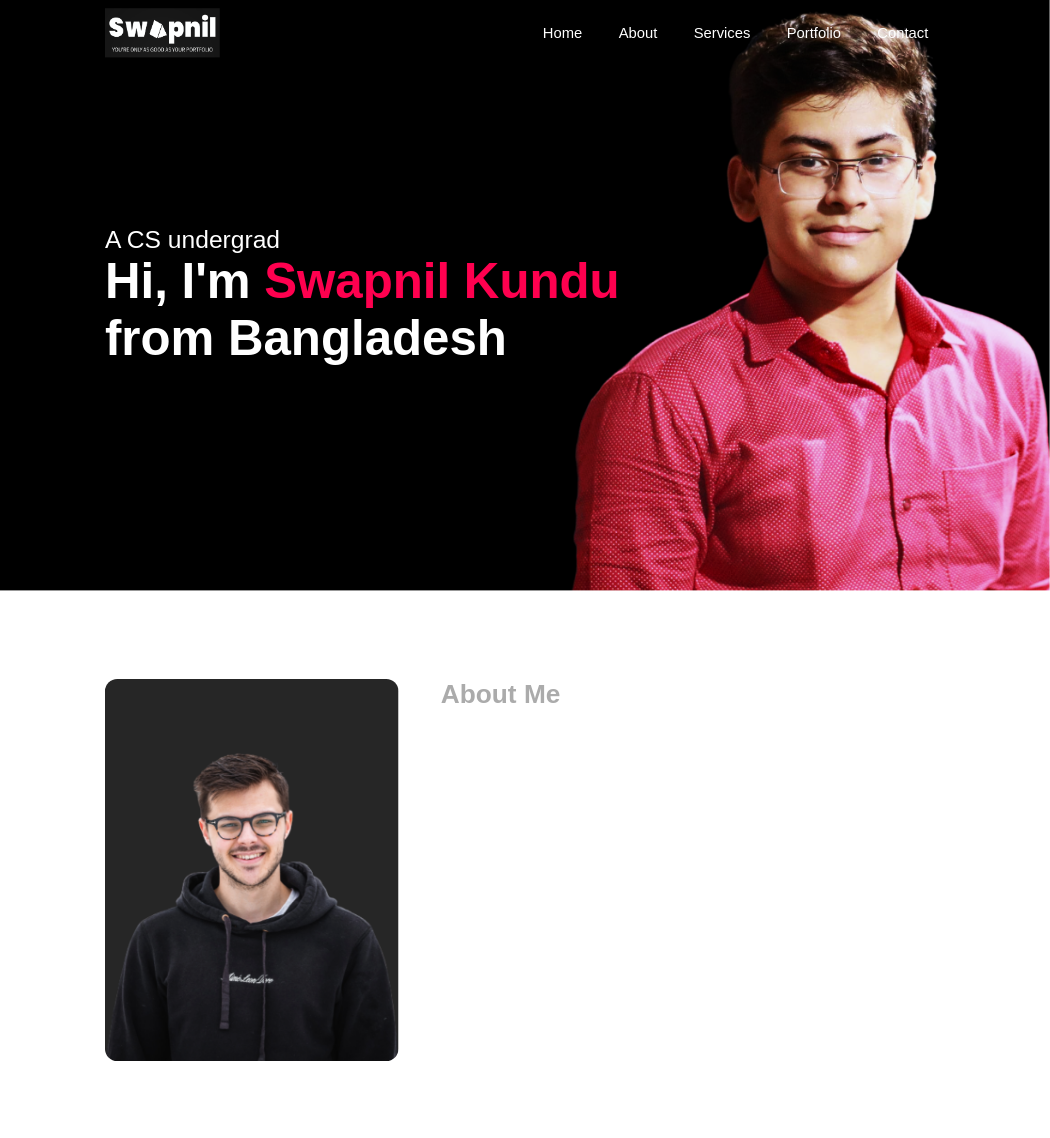
Repository: SwapnilKundu/portfolio
Page: index.html
An editor plug-in stored every save of this project. The page is shown before and after the next save, followed by the edit.
The browser window is 1280 px wide. The pictures show the whole page, at 82% of full size.

Above is the page before, as saved 2024-01-19 10:25:37.

### index.html
<!DOCTYPE html>
<html lang="en">
<head>
    <meta charset="UTF-8">
    <meta name="viewport" content="width=device-width, initial-scale=1.0">
    <title>Personal Portfolio Website</title>
    <link rel="stylesheet" href="style.css">
</head>
<body>
  <div id="header">
    <div class="container">
        <nav>
            <img src="images/logo1.png" class= "logo" width="40" height="60">
            <ul>
                <li><a href ="#">Home</a></li>
                <li><a href ="#">About</a></li>
                <li><a href ="#">Services</a></li>
                <li><a href ="#">Portfolio</a></li>
                <li><a href ="#">Contact</a></li>
            </ul>
        </nav>
        <div class="header-text">

            <p>A CS undergrad </p>
            <h1>Hi, I'm <span>Swapnil Kundu</span> <br> from Bangladesh</h1>
        </div>
    </div>
  </div>
  -----about-------
  <div id ="about">
    <div class ="container">

        <div class ="row">
            <div class ="about-col-1">
                <img src="images/user.png">
            </div>
            <div class ="about-col-2">

                <h1>
                    About Me
                </h1>
            </div>

        </div>
    </div>
  </div>
</body>
</html>

### style.css
*
{
    margin: 0;
    padding: 0;
    font-family: 'Poppins',sans-serif;
    box-sizing: border-box;
}

body
{
    background: #ffff;
    color: #fff;
}
#header
{
    width: 100%;
    height: 100vh;
    background-image: url(images/ccc2.png);
    background-size: cover;
    background-position: left;
    background-repeat: no-repeat;
    overflow: hidden;
}
.container
{
padding: 10px 10%;
}
nav{
    display: flex;
    align-items: center;
    justify-content: space-between;
    flex-wrap: wrap;
}
.logo{
    width: 140px;
}

nav ul li{
    display:inline-block;
    list-style: none;
    margin: 10px 20px;

}
nav ul li a{
    color: #fff;
    text-decoration:none ;
    font-size: 18px;
    position: relative;
}

nav ul li a::after
{
    content: '';
    width:0;
    height:3px;
    background:#ff004f;
    position: absolute;
    left: 0;
    bottom: -6px;
    transition: 0.5s;

}
nav ul li a:hover::after
{
    width:100%;
}
.header-text{
    margin-top: 20%;
    font-size: 30px;
}
.header-text h1
{
    font-size:60px;
}
.header-text h1 span
{
    color:#ff004f;
}

/*aboout*/
#about
{
    padding:80px 0;
    color:#ababab;
}
.row
{
    display: flex;
    justify-content: space-between;
    flex-wrap: wrap;
}

.about-col-1{
    flex-basis:35%;
}
.about-col-1 img
{
    width: 100%;
    border-radius: 15px;
}

.about-col-2
{
    flex-basis: 60%;
}

After the next save:
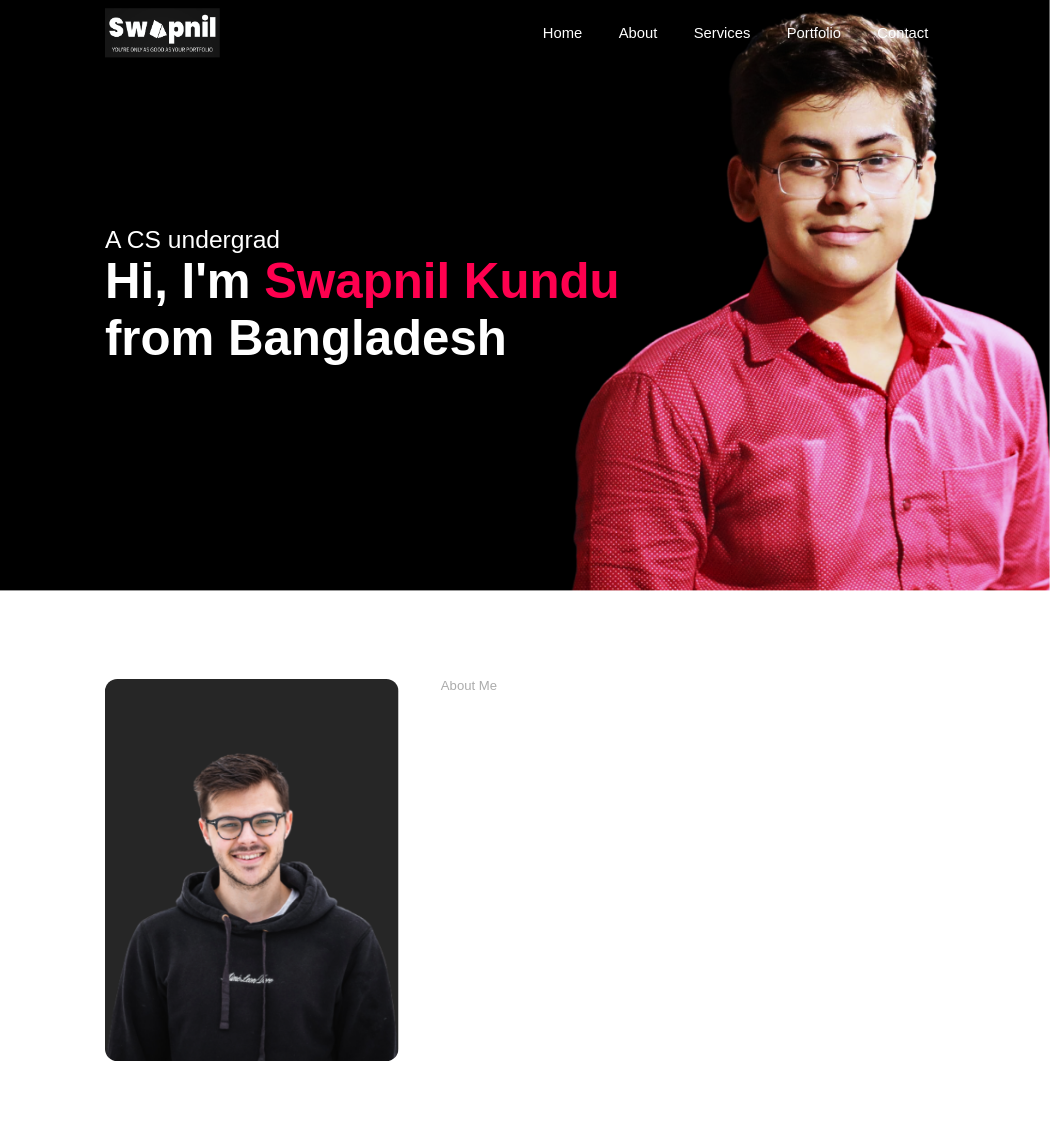
Saved 8 s later.
--- a/index.html
+++ b/index.html
@@ -36,7 +36,7 @@
             </div>
             <div class ="about-col-2">
 
-                <h1>
+                <h1clasw>
                     About Me
                 </h1>
             </div>

After the save that followed:
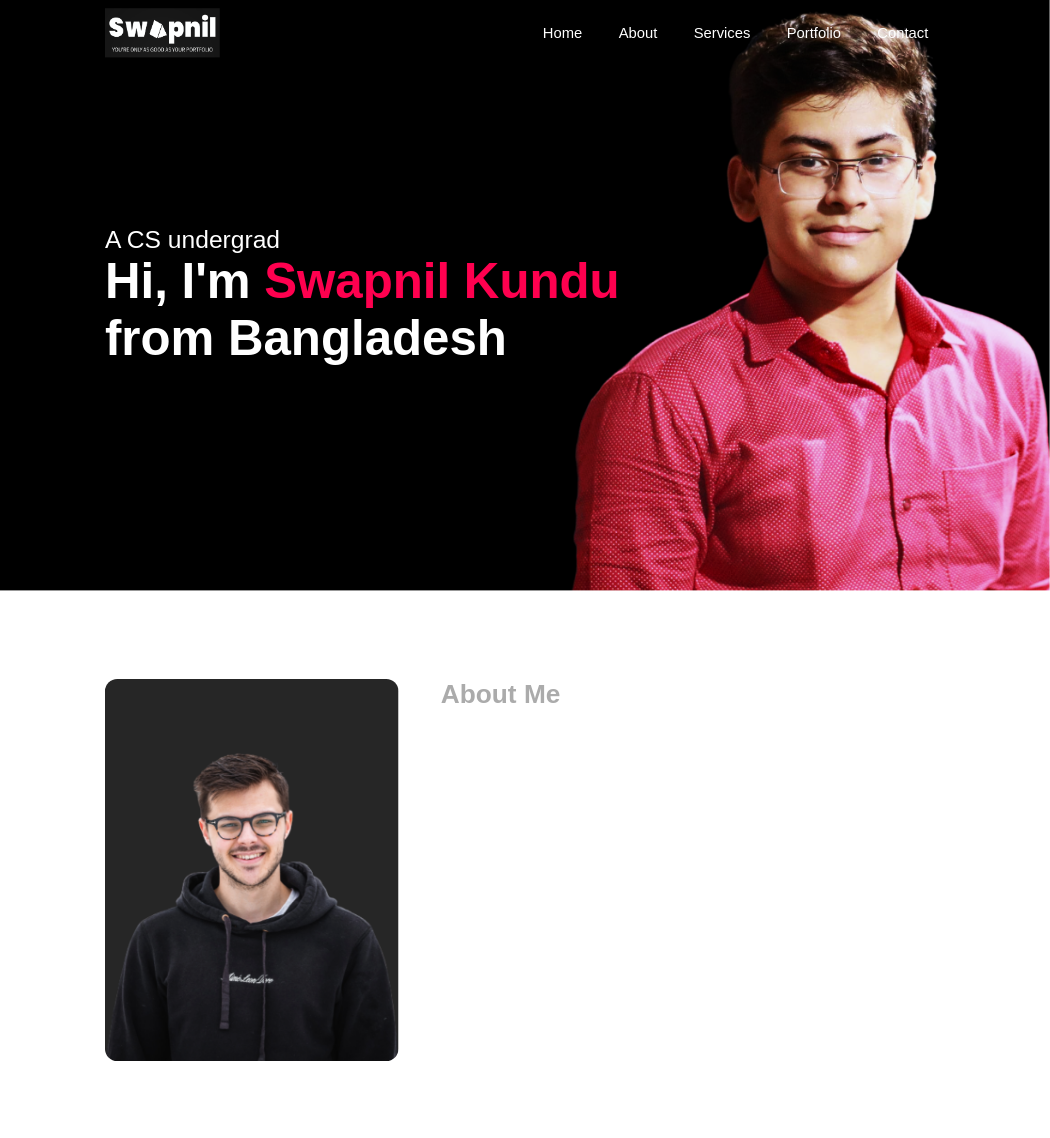
Saved 6 s later.
--- a/index.html
+++ b/index.html
@@ -36,7 +36,7 @@
             </div>
             <div class ="about-col-2">
 
-                <h1clasw>
+                <h1 class>
                     About Me
                 </h1>
             </div>
